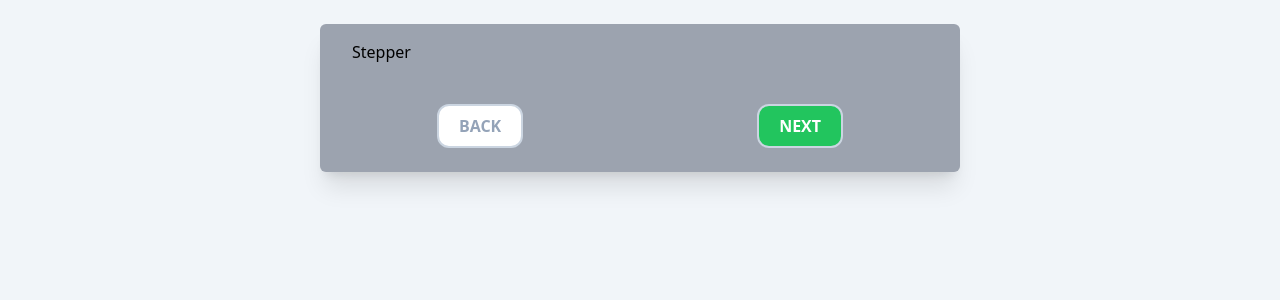
Repository: OmniaRafat232111121/reactstepper
Page: /
These files come from the project's save history. The page is drawn as it stood at one moment and after the next save; the edit follows.
The browser window is 1280 px wide. The pictures show the whole page.
The project was rebuilt for these pictures with package versions that can differ from the ones it lists, and the page was loaded fresh each time. Also part of the build but not shown: src/App.css.

Above is the page before, as saved 2023-02-21 23:50:31.

After the next save:
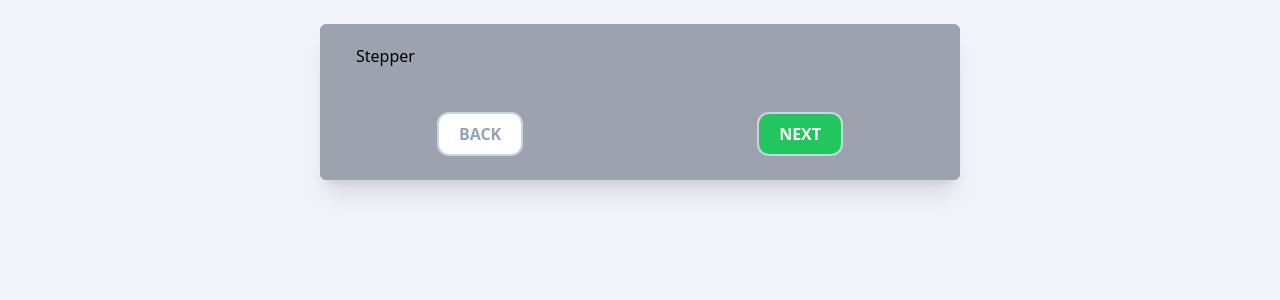
Saved 8 s later.
--- a/src/Component/Stepper.js
+++ b/src/Component/Stepper.js
@@ -2,7 +2,7 @@ import React from 'react'
 
 const Stepper = () => {
   return (
-    <div className=' mx-4 my-6 p-4 flex justify-between items-center'>
+    <div className=' mx-4 my-6 p-5 flex justify-between items-center'>
       <h1>Stepper</h1>
     </div>
   )
